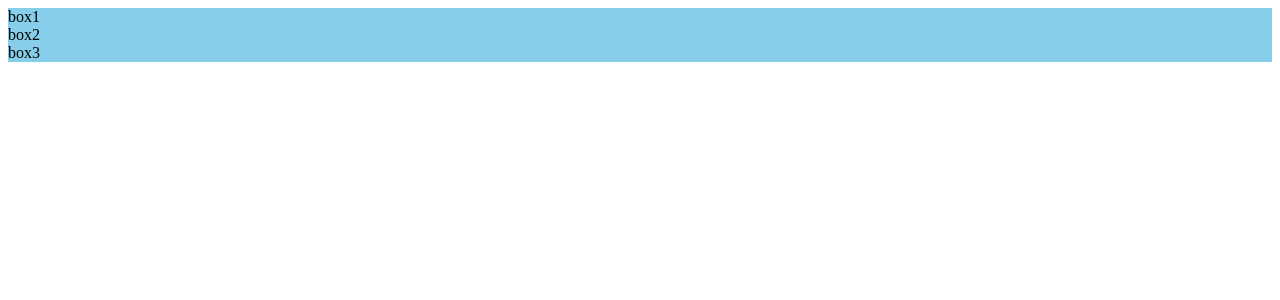
Repository: gwonjunsu95/html5
Page: html5/WebContent/day0202.html
These files come from the project's save history. The page is drawn as it stood at one moment and after the next save; the edit follows.
The browser window is 1280 px wide. The pictures show the whole page.

Above is the page before, as saved 2020-04-17 04:16:15.

### html5/WebContent/day0202.html
<!DOCTYPE html>
<html>
<head>
	<meta charset="UTF-8">
	<title>2일차 DIV 예제</title>
	<link rel = "stylesheet" href = "css/day0202.css" />
</head>
<body>
	<div id = "box1">box1</div>
	<div id = "box2">box2</div>
	<div id = "box3">box3</div>


</body>
</html>

### html5/WebContent/css/day0202.css
@charset "UTF-8";

div{
	background : skyblue;
}

After the next save:
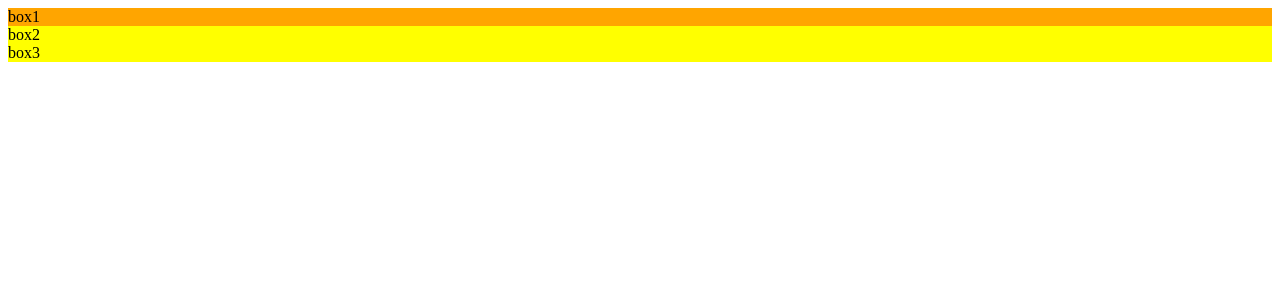
Saved 2 min 26 s later.
--- a/html5/WebContent/css/day0202.css
+++ b/html5/WebContent/css/day0202.css
@@ -1,5 +1,16 @@
 @charset "UTF-8";
 
-div{
+div{	/*태그선택자: 태그전체를 선택*/
 	background : skyblue;
 }
+
+
+/*아이디선택자: 아이디는 #으로 구분*/
+#box1{
+	background : orange;
+}
+
+/* 쉼표(,)를 사용하여 다중선택 가능*/
+#box2, #box3{
+	background : yellow;
+}
